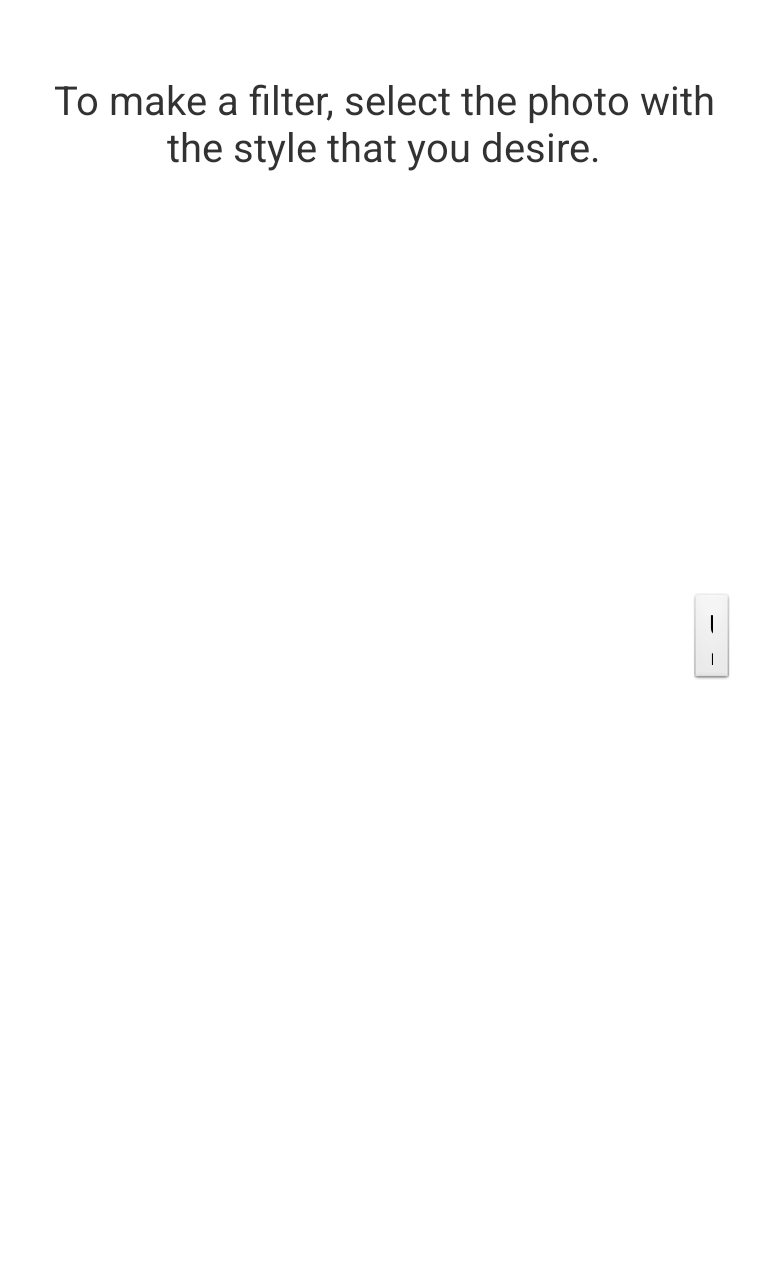
Repository: Hawaiii/filterapp
Layout: android/Filter/res/layout/activity_make.xml
An editor plug-in stored every save of this project. The layout is shown before and after the next save, followed by the edit.
It is drawn on a 768 x 1280 px phone screen (xhdpi) without system bars, with theme AppTheme; the app's code is not run.

Above is the layout before, as saved 2015-01-31 20:30:54.

After the next save:
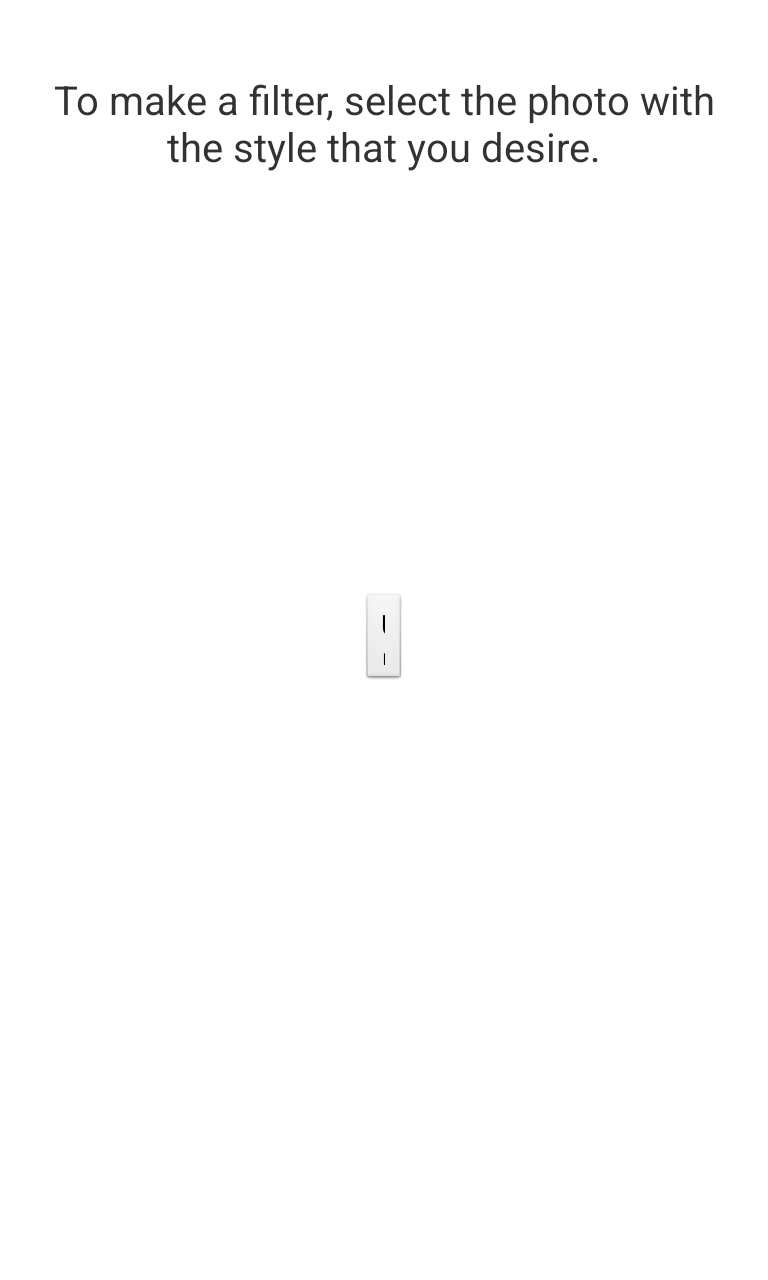
Saved 15 s later.
--- a/android/Filter/res/layout/activity_make.xml
+++ b/android/Filter/res/layout/activity_make.xml
@@ -23,7 +23,7 @@
         android:id="@+id/upload"
         android:layout_width="wrap_content"
         android:layout_height="wrap_content"
-        android:layout_alignRight="@+id/textView1"
+        android:layout_centerHorizontal="true"
         android:layout_centerVertical="true"
         android:height="10dp"
         android:text="Upload a Picture"
